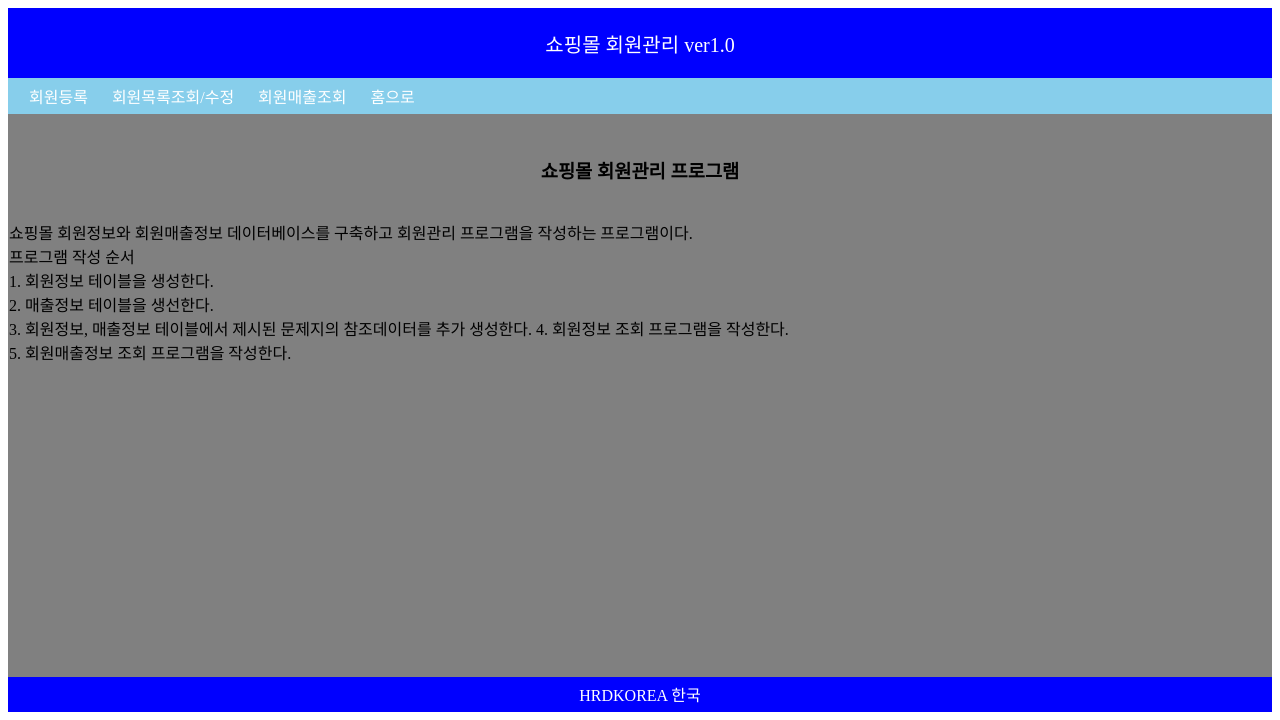
Repository: choigobin/Programming
Page: http://localhost/HRD_1119/
These files come from the project's save history. The page is drawn as it stood at one moment and after the next save; the edit follows.
The browser window is 1280 px wide. The pictures show the whole page.
The page is served by Tomcat 9.

Above is the page before, as saved 2019-11-19 07:33:34.

After the next save:
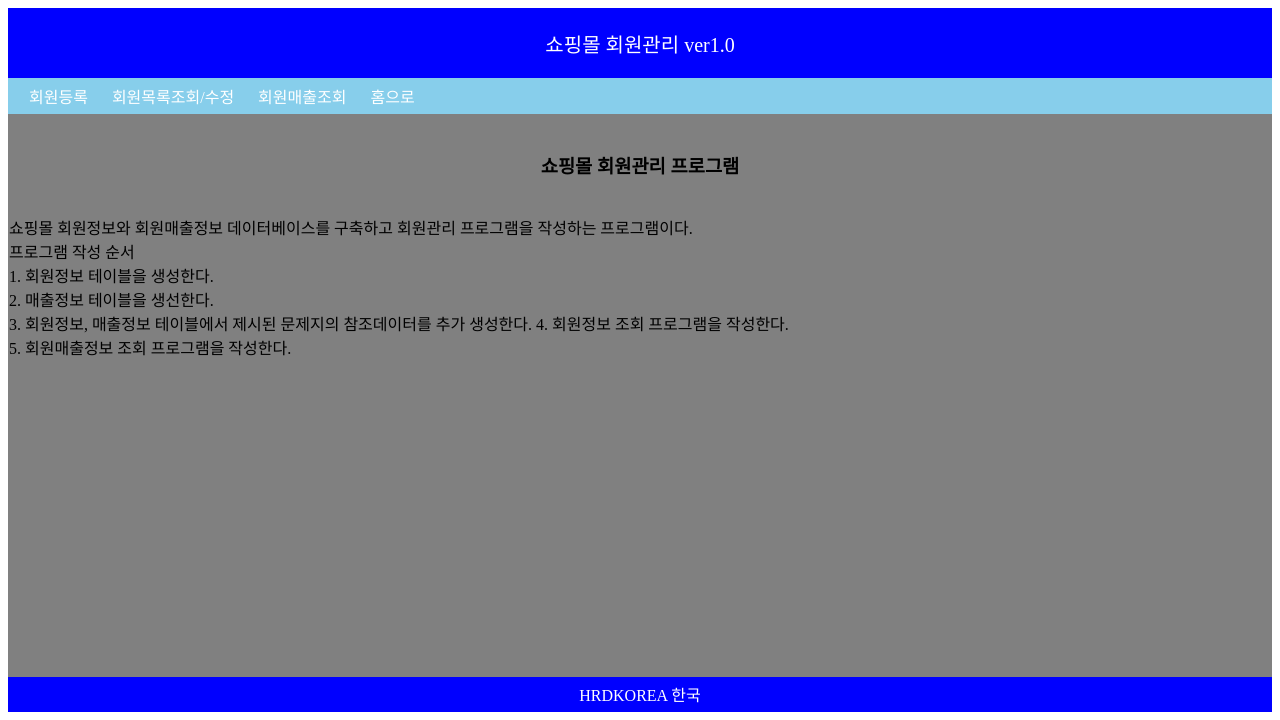
Saved 6 s later.
--- a/YangJung/workspace/HRD_1119/WebContent/index.jsp
+++ b/YangJung/workspace/HRD_1119/WebContent/index.jsp
@@ -27,8 +27,6 @@ a{
 
 <title>쇼핑몰 회원관리</title>
 <%@include file="header.jsp" %>
-<tr id="t1">
-	<td id="t1" bgcolor="gray" valign="top">
 	<br />
 	<h3 align="center">쇼핑몰 회원관리 프로그램</h3>
 	<br />
